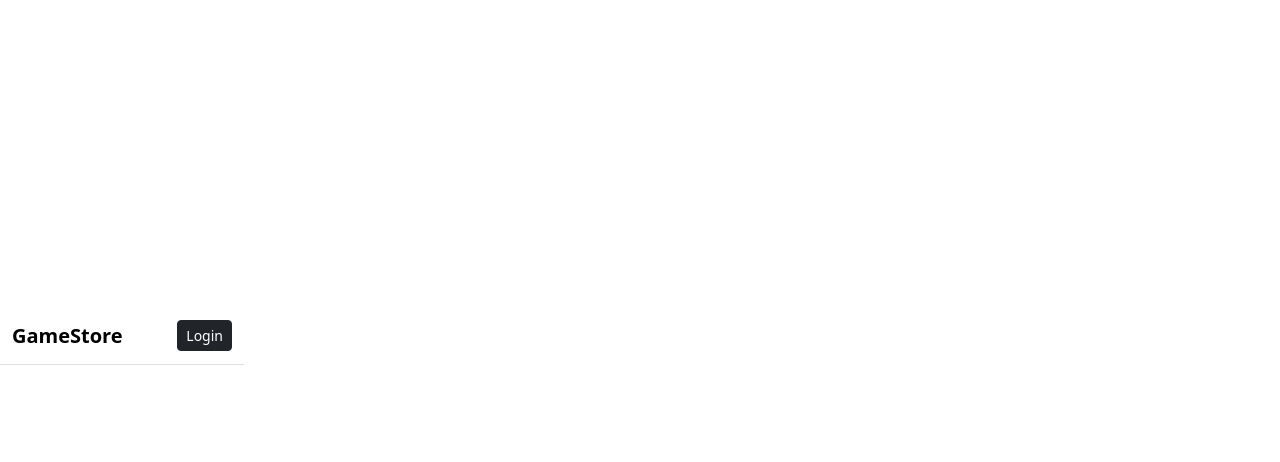
Repository: Bang334/Game
Page: / (app in frontend/)
These files come from the project's save history. The page is drawn as it stood at one moment and after the next save; the edit follows.
The browser window is 1280 px wide. The pictures show the whole page.
The page's requests for data from a server got no answer. The project was rebuilt for these pictures with package versions that can differ from the ones it lists, and the page was loaded fresh each time. No one was signed in, and anything a server would have sent is missing. Also part of the build but not shown: frontend/vite.config.ts, frontend/src/layouts/AdminLayout.tsx, frontend/src/modules/admin/index.tsx, frontend/src/modules/auth/Login.tsx.

Above is the page before, as saved 2025-08-28 21:21:17.

### frontend/src/main.tsx
import { StrictMode } from 'react'
import { createRoot } from 'react-dom/client'
import './index.css'
import 'bootstrap/dist/css/bootstrap.min.css'
import App from './App.tsx'

createRoot(document.getElementById('root')!).render(
  <StrictMode>
    <App />
  </StrictMode>,
)

### frontend/src/App.tsx
import { RouterProvider } from 'react-router-dom'
import router from './routes'

export default function App() {
  return <RouterProvider router={router} />
}

### frontend/src/routes.tsx
import { createBrowserRouter, Navigate } from 'react-router-dom'
import type { ReactElement } from 'react'
import CustomerLayout from './layouts/CustomerLayout'
import AdminLayout from './layouts/AdminLayout'
import CustomerHome from './modules/customer'
import AdminHome from './modules/admin'
import Login from './modules/auth/Login'
function ProtectedAdmin({ children }: { children: ReactElement }) {
  const token = typeof localStorage !== 'undefined' ? localStorage.getItem('token') : null
  const role = typeof localStorage !== 'undefined' ? localStorage.getItem('role') : null
  if (!token || role !== 'ADMIN') {
    return <Navigate to="/login" replace />
  }
  return children
}

export const router = createBrowserRouter([
  {
    path: '/',
    element: <CustomerLayout />,
    children: [
      { index: true, element: <CustomerHome /> },
      { path: 'login', element: <Login /> },
    ],
  },
  {
    path: '/admin',
    element: (
      <ProtectedAdmin>
        <AdminLayout />
      </ProtectedAdmin>
    ),
    children: [
      { index: true, element: <AdminHome /> },
    ],
  },
])

export default router

### frontend/src/layouts/CustomerLayout.tsx
import { Link, Outlet, useNavigate } from 'react-router-dom'

export default function CustomerLayout() {
  const navigate = useNavigate()
  const token = typeof localStorage !== 'undefined' ? localStorage.getItem('token') : null
  const role = typeof localStorage !== 'undefined' ? localStorage.getItem('role') : null
  const onLogout = () => {
    localStorage.removeItem('token')
    localStorage.removeItem('role')
    navigate('/')
  }
  return (
    <div>
      <nav className="navbar navbar-expand-lg navbar-light bg-white border-bottom sticky-top">
        <div className="container">
          <Link className="navbar-brand fw-bold" to="/">GameStore</Link>
          <button className="navbar-toggler" type="button" data-bs-toggle="collapse" data-bs-target="#nav">
            <span className="navbar-toggler-icon"></span>
          </button>
          <div id="nav" className="collapse navbar-collapse">
            <ul className="navbar-nav me-auto mb-2 mb-lg-0">
              {role === 'ADMIN' && (
                <li className="nav-item">
                  <Link className="nav-link" to="/admin">Admin</Link>
                </li>
              )}
            </ul>
            <div className="d-flex align-items-center gap-3">
              {role && <span className="badge text-bg-secondary">{role}</span>}
              {token ? (
                <button className="btn btn-outline-dark btn-sm" onClick={onLogout}>Logout</button>
              ) : (
                <Link className="btn btn-dark btn-sm" to="/login">Login</Link>
              )}
            </div>
          </div>
        </div>
      </nav>
      <main className="container py-4">
        <Outlet />
      </main>
    </div>
  )
}

### frontend/src/modules/customer/index.tsx
import { useEffect, useState } from 'react'
import api from '../../api/client'

type Game = { id: number; title: string; price: number }

export default function CustomerHome() {
  const [games, setGames] = useState<Game[]>([])
  const [loading, setLoading] = useState(true)
  useEffect(() => {
    api
      .get('/api/customer/games')
      .then((res) => setGames(res.data.games || []))
      .finally(() => setLoading(false))
  }, [])
  if (loading) return <div>Loading...</div>
  return (
    <div style={{ display: 'grid', gridTemplateColumns: 'repeat(auto-fill, minmax(220px, 1fr))', gap: 16 }}>
      {games.map((g) => (
        <div key={g.id} style={{ border: '1px solid #eee', borderRadius: 8, padding: 12 }}>
          <div style={{ fontWeight: 600 }}>{g.title}</div>
          <div style={{ color: '#555' }}>${Number(g.price).toFixed(2)}</div>
          <button style={{ marginTop: 8 }}>Thêm vào giỏ</button>
        </div>
      ))}
    </div>
  )
}

### frontend/src/api/client.ts
import axios from 'axios'

const api = axios.create({
  baseURL: import.meta.env.VITE_API_URL as string,
})

api.interceptors.request.use((config) => {
  if (typeof localStorage !== 'undefined') {
    const token = localStorage.getItem('token')
    if (token) {
      config.headers = config.headers ?? {}
      ;(config.headers as any).Authorization = `Bearer ${token}`
    }
  }
  return config
})

export default api

Loaded but not shown: frontend/index.html (common file); frontend/src/index.css (common file)

After the next save:
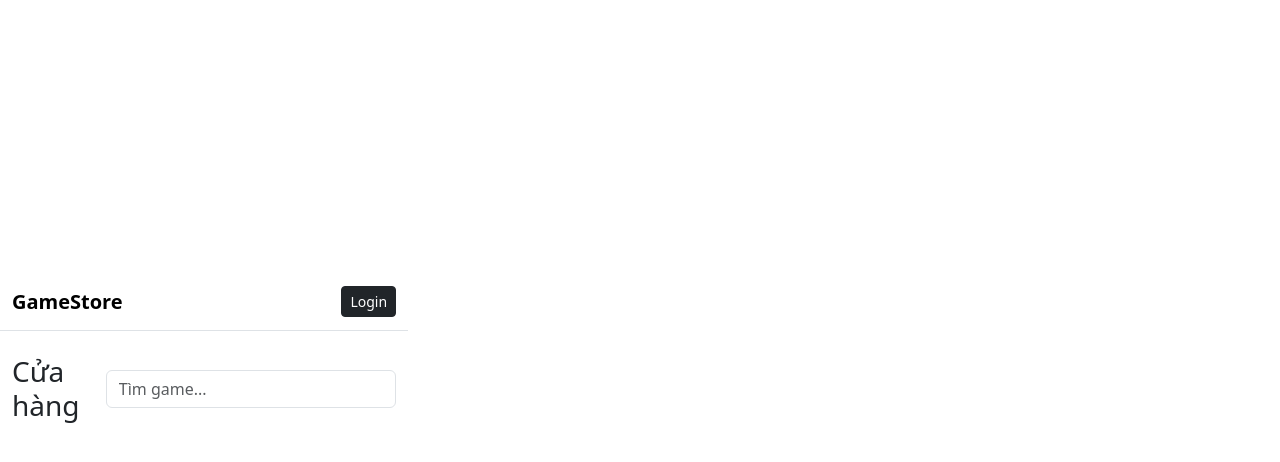
Saved 25 s later.
--- a/frontend/src/modules/customer/index.tsx
+++ b/frontend/src/modules/customer/index.tsx
@@ -1,4 +1,4 @@
-import { useEffect, useState } from 'react'
+import { useEffect, useMemo, useState } from 'react'
 import api from '../../api/client'
 
 type Game = { id: number; title: string; price: number }
@@ -6,22 +6,38 @@ type Game = { id: number; title: string; price: number }
 export default function CustomerHome() {
   const [games, setGames] = useState<Game[]>([])
   const [loading, setLoading] = useState(true)
+  const [q, setQ] = useState('')
   useEffect(() => {
     api
       .get('/api/customer/games')
       .then((res) => setGames(res.data.games || []))
       .finally(() => setLoading(false))
   }, [])
+  const filtered = useMemo(() => {
+    const s = q.trim().toLowerCase()
+    if (!s) return games
+    return games.filter((g) => g.title.toLowerCase().includes(s))
+  }, [games, q])
   if (loading) return <div>Loading...</div>
   return (
-    <div style={{ display: 'grid', gridTemplateColumns: 'repeat(auto-fill, minmax(220px, 1fr))', gap: 16 }}>
-      {games.map((g) => (
-        <div key={g.id} style={{ border: '1px solid #eee', borderRadius: 8, padding: 12 }}>
-          <div style={{ fontWeight: 600 }}>{g.title}</div>
-          <div style={{ color: '#555' }}>${Number(g.price).toFixed(2)}</div>
-          <button style={{ marginTop: 8 }}>Thêm vào giỏ</button>
-        </div>
-      ))}
-    </div>
+    <>
+      <div className="d-flex justify-content-between align-items-center mb-3">
+        <h3 className="m-0">Cửa hàng</h3>
+        <input className="form-control" style={{ maxWidth: 320 }} placeholder="Tìm game..." value={q} onChange={(e) => setQ(e.target.value)} />
+      </div>
+      <div className="row g-3">
+        {filtered.map((g) => (
+          <div key={g.id} className="col-12 col-sm-6 col-md-4 col-lg-3">
+            <div className="card h-100 shadow-sm">
+              <div className="card-body d-flex flex-column">
+                <div className="fw-bold mb-1">{g.title}</div>
+                <div className="text-muted mb-2">${Number(g.price).toFixed(2)}</div>
+                <button className="btn btn-dark mt-auto">Thêm vào giỏ</button>
+              </div>
+            </div>
+          </div>
+        ))}
+      </div>
+    </>
   )
 }
